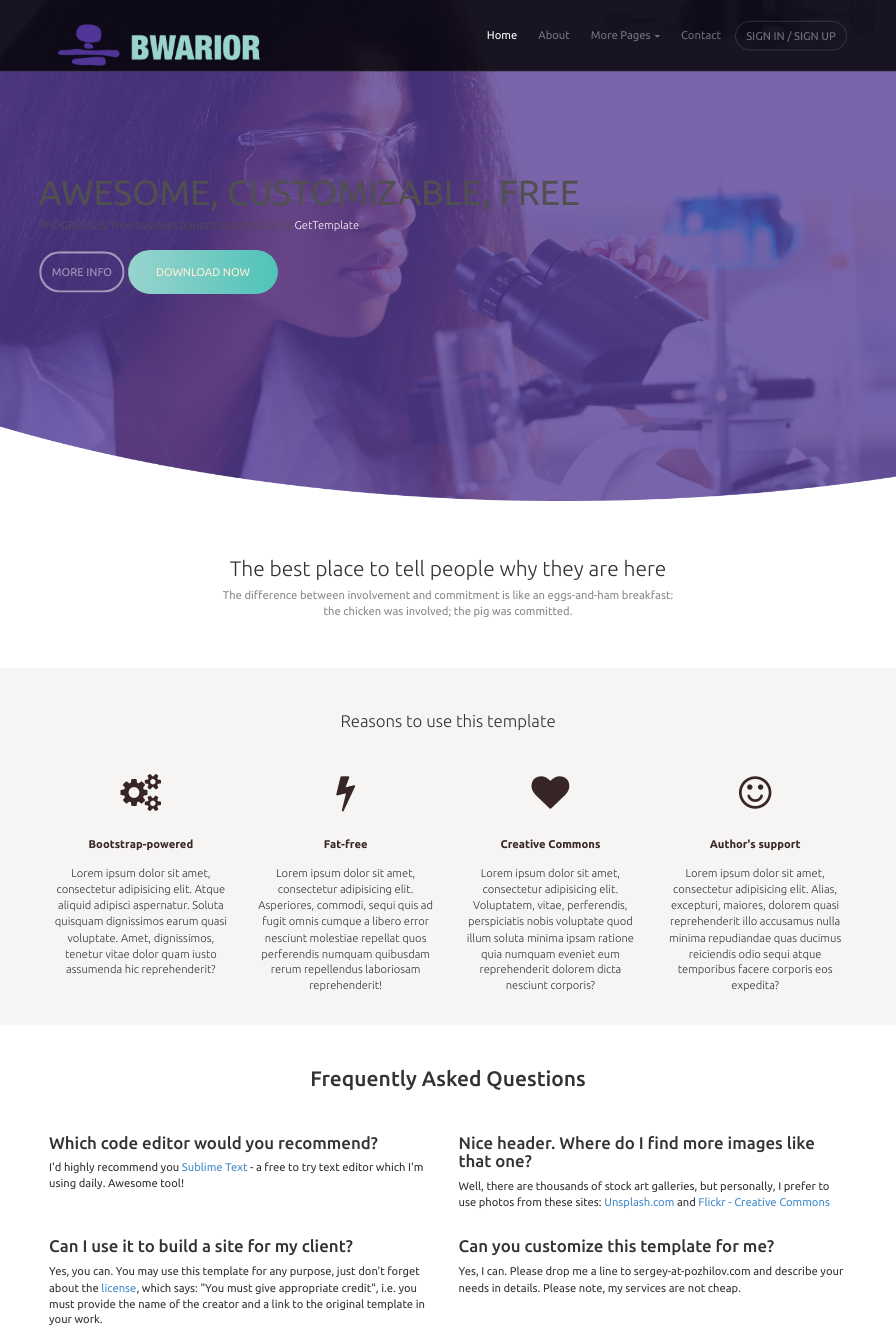
Repository: madaliou/bwarior
Page: index.html
An editor plug-in stored every save of this project. The page is shown before and after the next save, followed by the edit.
The browser window is 1280 px wide. The pictures show the part of the page from y = 0 to 1920 px (the page is 2676 px tall), at 70% of full size.
Some web libraries are served in a nearby version.

Above is the page before, as saved 2014-02-13 16:47:37.

After the next save:
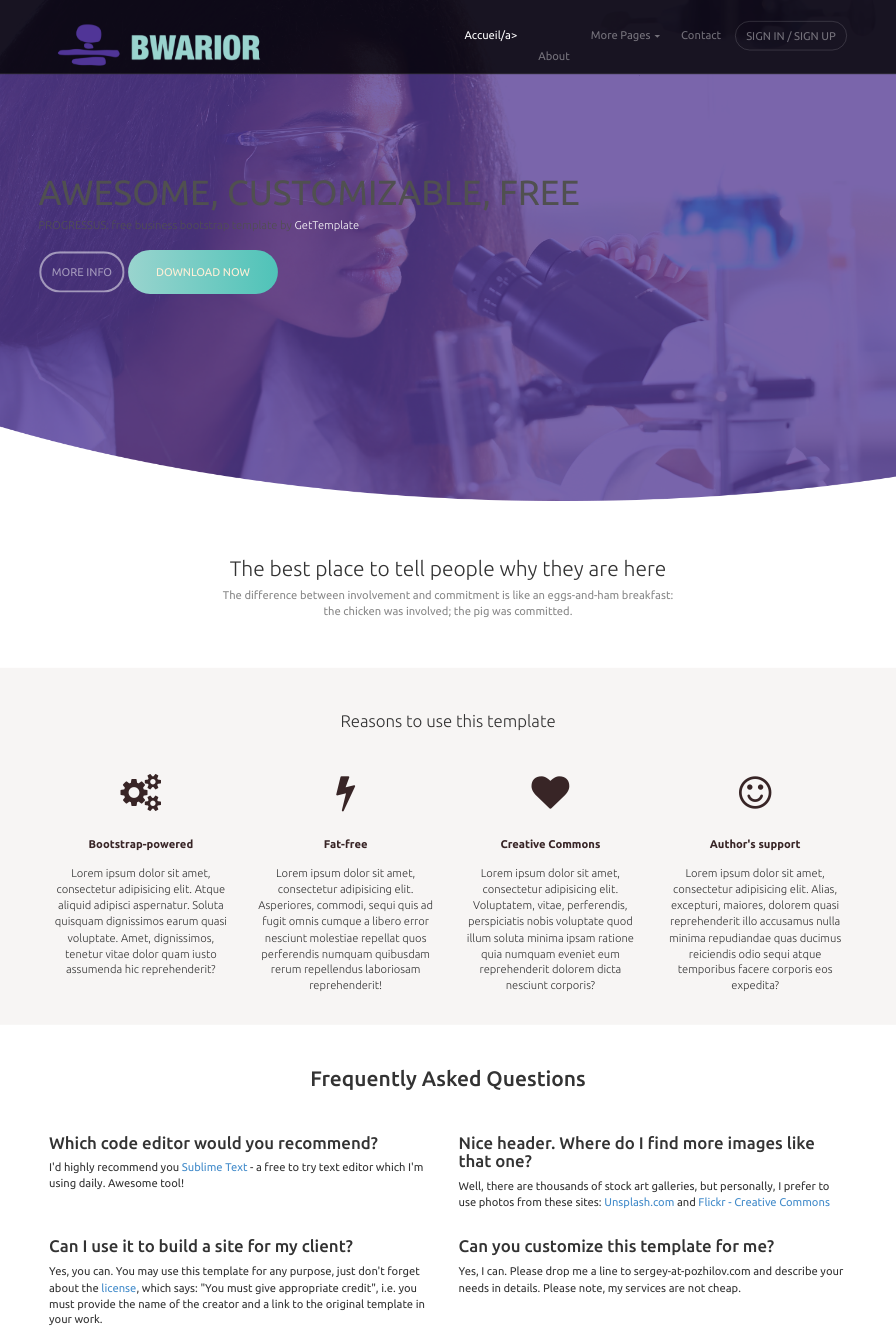
Saved 2391 days later.
--- a/index.html
+++ b/index.html
@@ -36,7 +36,7 @@
 			</div>
 			<div class="navbar-collapse collapse">
 				<ul class="nav navbar-nav pull-right">
-					<li class="active"><a href="#">Home</a></li>
+					<li class="active"><a href="#">Accueil/a></li>
 					<li><a href="about.html">About</a></li>
 					<li class="dropdown">
 						<a href="#" class="dropdown-toggle" data-toggle="dropdown">More Pages <b class="caret"></b></a>
